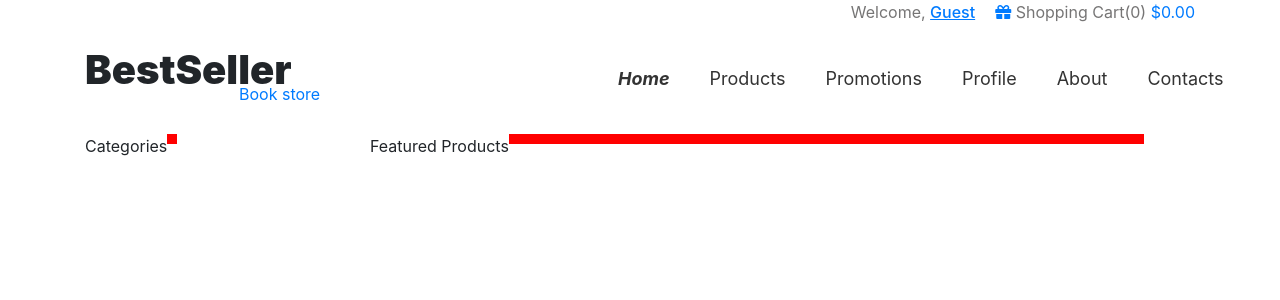
Repository: phunobi1807/BestSeller
Page: index.html
The author's editor kept a copy of each file at every save. The page is drawn from the files as they stood at one save, then again after the next save.
The browser window is 1280 px wide. The pictures show the whole page.

Above is the page before, as saved 2021-06-28 22:56:45.

### index.html
<!DOCTYPE html>
<html lang="en">
<head>
    <meta charset="UTF-8">
    <meta http-equiv="X-UA-Compatible" content="IE=edge">
    <meta name="viewport" content="width=device-width, initial-scale=1.0">
    <title>BestSeller</title>
    <link rel="stylesheet" href="./css/style.css">
</head>
<body>
    <header id="header">
        <div class="container">
            <div class="top-header">
                <div class="top-nav">
                    <p class="top-nav__text">Welcome, <a href="#" class="top-nav__text-link">Guest</a></p>
                    <div class="top-nav__shopping-cart">
                        <i  class="top-nav__icon fas fa-gift"></i>
                        <span class="top-nav__cart">Shopping Cart(0) <a href="#">$0.00</a></span>
                    </div>
                </div>
                <div class="navigation">
                    <div class="row">
                        <div class="col-lg-4">
                            <div class="navigation-logo">
                                <div class="navigation-logo__text">
                                    <span class="navigation-logo__text-big">BestSeller</span>
                                    <span class="navigation-logo__text-small">Book store</span>
                                </div>
                            </div>
                        </div>
                        <div class="col-lg-6">
                           <ul class="navigation-menu">
                               <li class="navigation-menu__item navigation-menu__item--active" >Home</li>
                               <li class="navigation-menu__item">Products</li>
                               <li class="navigation-menu__item">Promotions</li>
                               <li class="navigation-menu__item">Profile</li>
                               <li class="navigation-menu__item">About</li>
                               <li class="navigation-menu__item">Contacts</li>
                           </ul>
                        </div>
                    </div>
                </div>
            </div>
        </div>
    </header>
    <div id="content">
        <div class="container">
            <div class="row">
                <div class="col-sm-3">
                    <div class="side-bar">
                        <p class="side-bar__title">
                            Categories
                        </p>
                    </div>
                </div>
                <div class="col-sm-7">
                    <div class="products">
                        <p class="product__title">
                            Featured Products
                        </p>
                    </div>
                </div>
            </div>
        </div>
    </div>
<link rel="stylesheet" href="https://use.fontawesome.com/releases/v5.15.3/css/all.css" integrity="sha384-SZXxX4whJ79/gErwcOYf+zWLeJdY/qpuqC4cAa9rOGUstPomtqpuNWT9wdPEn2fk" crossorigin="anonymous">
<link rel="stylesheet" href="https://maxcdn.bootstrapcdn.com/bootstrap/4.5.2/css/bootstrap.min.css">
<script src="https://ajax.googleapis.com/ajax/libs/jquery/3.5.1/jquery.min.js"></script>
<script src="https://cdnjs.cloudflare.com/ajax/libs/popper.js/1.16.0/umd/popper.min.js"></script>
<script src="https://maxcdn.bootstrapcdn.com/bootstrap/4.5.2/js/bootstrap.min.js"></script>
</body>
</html>

### css/style.css
@import url(https://fonts.googleapis.com/css2?family=Roboto:wght@100;200;300;400;500;600;800;900&display=swap);
:root {
    --color-primary: #007bff;
}

* {
    box-sizing: inherit;
}

html {
    box-sizing: border-box;
    margin: 0;
    font-family: 'Roboto', sans-serif;
}

/* top nav  */

.top-nav {
    display: flex;
    justify-content: flex-end;
}

.top-nav__text {
    padding: 0 20px;
}

.top-nav__text-link {
    font-weight: 500;
    text-decoration: underline;
}

.top-nav__text, .top-nav__cart {
    color: #767575;
}

.top-nav__icon {
    color: var(--color-primary);
}

/* logo-menu  */

.navigation-logo {
    position: relative;
}

.navigation-logo__text-big {
    font-size: 40px;
    font-weight: 900;
}

.navigation-logo__text-small {
    position: absolute;
    bottom: 0;
    left: 44%;
    top: 70%;
    color: var(--color-primary);
}

/* Danh sach menu  */

.navigation-menu {
    display: flex;
    line-height: 78px;
    list-style: none;
    padding: 0 133px;
}

.navigation-menu__item--active {
    font-style: italic;
    font-weight: bold;
}

.navigation-menu__item {
    font-size: 18px;
    color: #333;
    margin: 0 20px;
}

/* Content  */

.side-bar__title {
    position: relative;
}

.product__title {
    position: relative;
}

.side-bar__title::after {
    position: absolute;
    content: "";
    width: 10px;
    height: 10px;
    background-color: red;
}

.product__title::after {
    position: absolute;
    content: "";
    width: 100%;
    height: 10px;
    background-color: red;
}

After the next save:
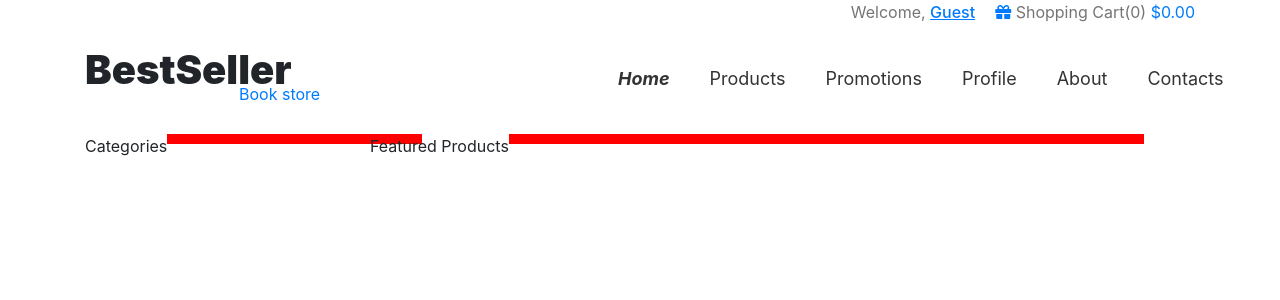
Saved 7 s later.
--- a/css/style.css
+++ b/css/style.css
@@ -89,7 +89,7 @@ html {
 .side-bar__title::after {
     position: absolute;
     content: "";
-    width: 10px;
+    width: 100%;
     height: 10px;
     background-color: red;
 }
